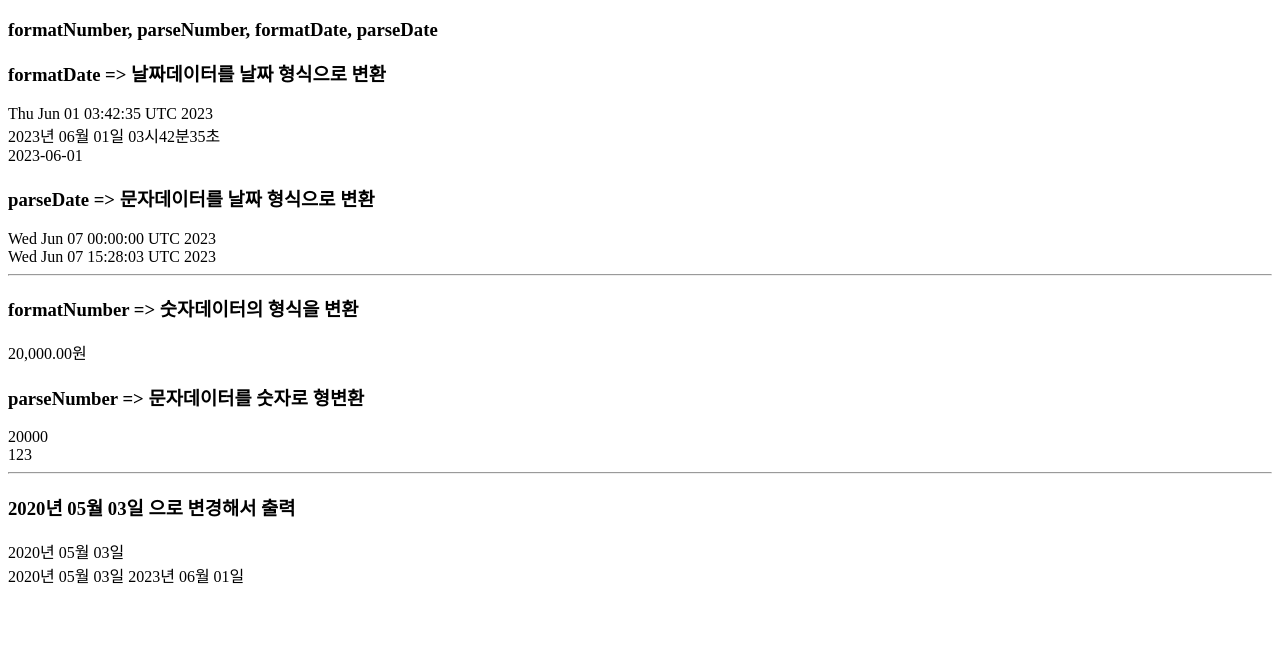
Repository: sun2898/JSP
Page: http://localhost/JSPBasic/JSTL/jstl_fmt.jsp
The author's editor kept a copy of each file at every save. The page is drawn from the files as they stood at one save, then again after the next save.
The browser window is 1280 px wide. The pictures show the whole page.
The page is served by Tomcat 9.

Above is the page before, as saved 2023-06-07 06:50:12.

After the next save:
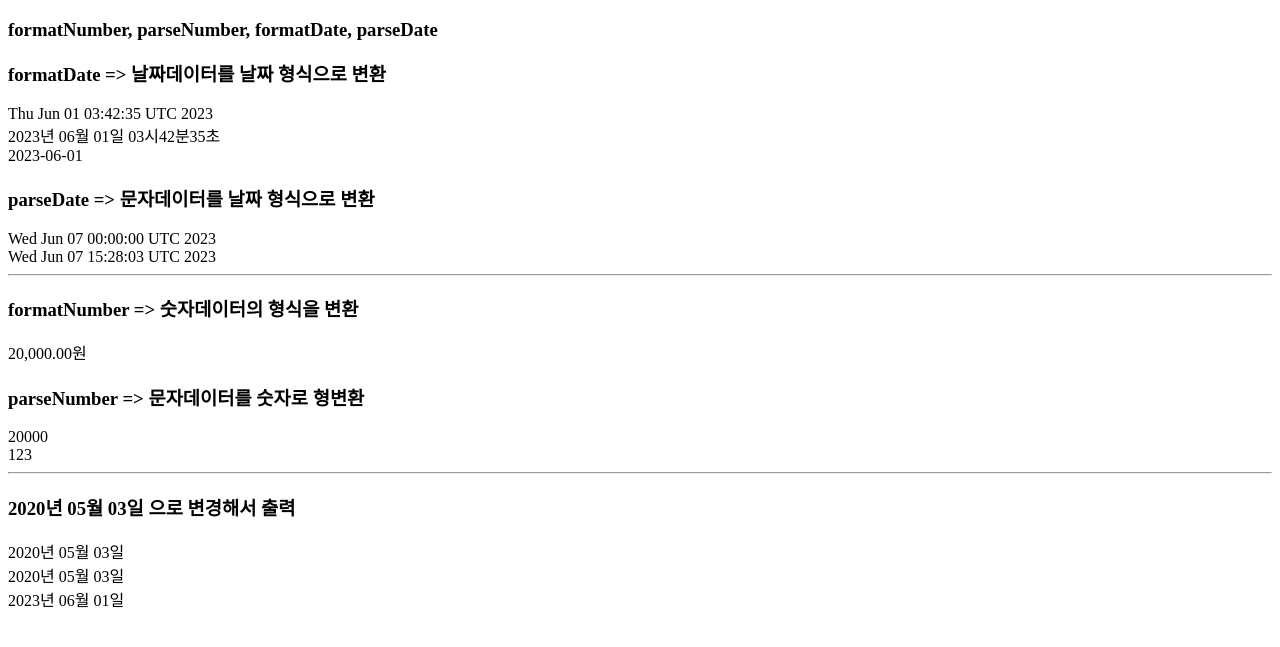
Saved 19 s later.
--- a/JSPBasic/src/main/webapp/JSTL/jstl_fmt.jsp
+++ b/JSPBasic/src/main/webapp/JSTL/jstl_fmt.jsp
@@ -60,10 +60,10 @@
 	<c:set var="TIME_D" value="<%=new Date() %>" />
 
 	<fmt:parseDate var="A" value="${TIME_A }" pattern="yyyy/MM/dd"/>
-	<fmt:formatDate value="${A }" pattern="yyyy년 MM월 dd일"/>
+	<fmt:formatDate value="${A }" pattern="yyyy년 MM월 dd일"/><br>
 
-	<fmt:parseDate var="C" value="${TIME_C }" pattern = "yyyy-MM-dd HH:mm:ss"/><br>
-	<fmt:formatDate value="${C }" pattern = "yyyy년 MM월 dd일"/>
+	<fmt:parseDate var="C" value="${TIME_C }" pattern = "yyyy-MM-dd HH:mm:ss"/>
+	<fmt:formatDate value="${C }" pattern = "yyyy년 MM월 dd일"/><br>
 
 	<fmt:formatDate value="${TIME_D }" pattern="yyyy년 MM월 dd일"/>
 
